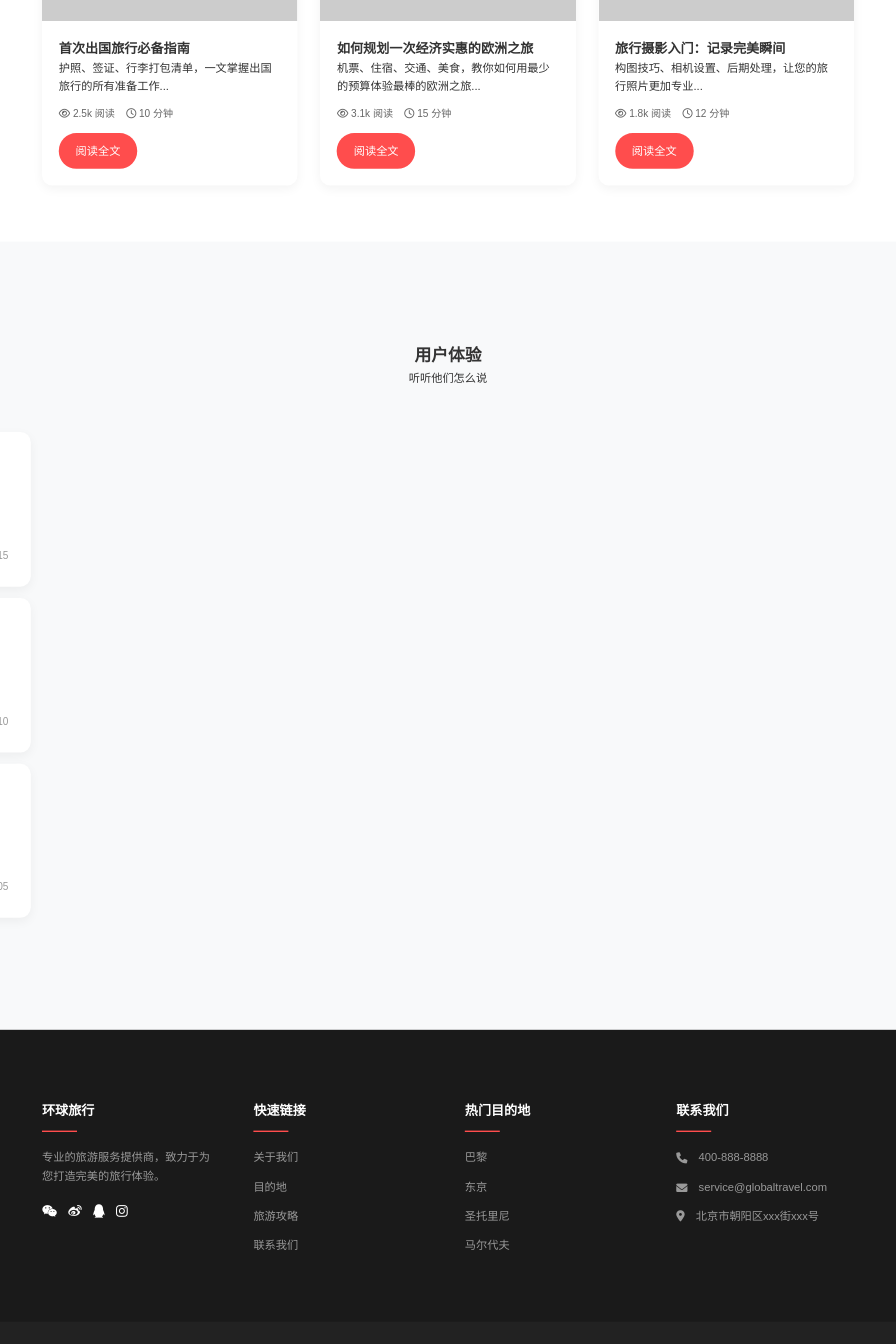
Repository: huang-heavenly-Emperor/travel_1
Page: index.html
An editor plug-in stored every save of this project. The page is shown before and after the next save, followed by the edit.
The browser window is 1280 px wide. The pictures show the part of the page from y = 2283 to 4203 px (the page is 4531 px tall), at 70% of full size.
Pictures or frames that could not be fetched are drawn as grey boxes.

Above is the page before, as saved 2024-11-18 05:06:08.
Console error: TypeError: Cannot read properties of undefined (reading 'style')

After the next save:
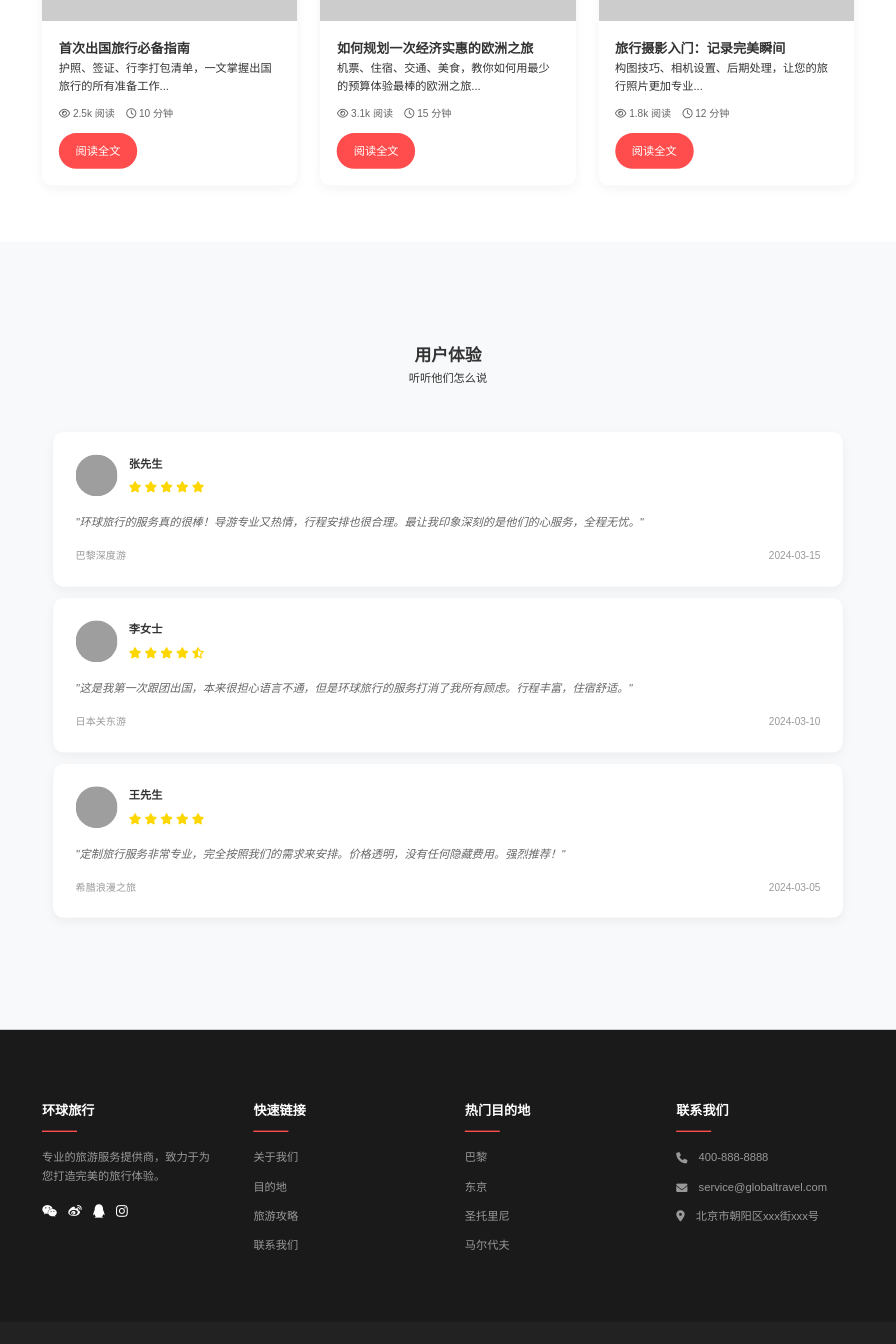
Saved 83 s later.
--- a/js/main.js
+++ b/js/main.js
@@ -58,32 +58,32 @@ document.addEventListener('DOMContentLoaded', function() {
     timelineItems.forEach(item => observer.observe(item));
 
     // 客户评价轮播功能
-    const slider = document.querySelector('.testimonials-slider');
-    const cards = document.querySelectorAll('.testimonial-card');
-    const prevBtn = document.querySelector('.prev-btn');
-    const nextBtn = document.querySelector('.next-btn');
-
-    let currentIndex = 0;
-
-    function updateSlider() {
-        slider.style.transform = `translateX(-${currentIndex * 100}%)`;
-    }
-
-    prevBtn.addEventListener('click', () => {
-        currentIndex = Math.max(currentIndex - 1, 0);
-        updateSlider();
-    });
-
-    nextBtn.addEventListener('click', () => {
-        currentIndex = Math.min(currentIndex + 1, cards.length - 1);
-        updateSlider();
-    });
-
-    // 自动轮播
-    setInterval(() => {
-        currentIndex = (currentIndex + 1) % cards.length;
-        updateSlider();
-    }, 5000);
+    // const slider = document.querySelector('.testimonials-slider');
+    // const cards = document.querySelectorAll('.testimonial-card');
+    // const prevBtn = document.querySelector('.prev-btn');
+    // const nextBtn = document.querySelector('.next-btn');
+
+    // let currentIndex = 0;
+
+    // function updateSlider() {
+    //     slider.style.transform = `translateX(-${currentIndex * 100}%)`;
+    // }
+
+    // prevBtn.addEventListener('click', () => {
+    //     currentIndex = Math.max(currentIndex - 1, 0);
+    //     updateSlider();
+    // });
+
+    // nextBtn.addEventListener('click', () => {
+    //     currentIndex = Math.min(currentIndex + 1, cards.length - 1);
+    //     updateSlider();
+    // });
+
+    // // 自动轮播
+    // setInterval(() => {
+    //     currentIndex = (currentIndex + 1) % cards.length;
+    //     updateSlider();
+    // }, 5000);
 
     // 合作伙伴标签切换功能
     const tabBtns = document.querySelectorAll('.tab-btn');
